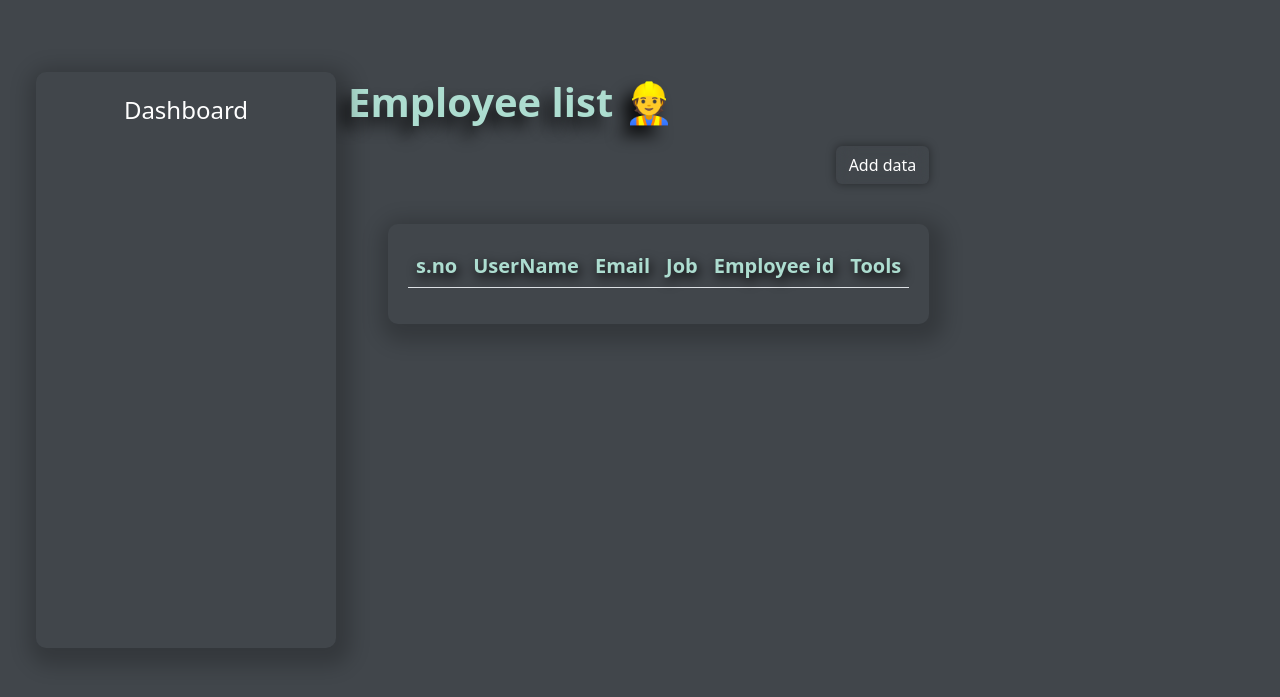
Repository: iamevs/Employee-Management-System
Page: /home (app in client/)
The author's editor kept a copy of each file at every save. The page is drawn from the files as they stood at one save, then again after the next save.
The browser window is 1280 px wide. The pictures show the whole page.
The page's requests for data from a server got no answer. The project was rebuilt for these pictures with package versions that can differ from the ones it lists, and the page was loaded fresh each time. No one was signed in, and anything a server would have sent is missing. Also part of the build but not shown: client/vite.config.js, client/src/components/Register.jsx, client/src/components/Edit.jsx, client/src/components/Hero.jsx. Imported but missing from the stored project, and not drawn on this page: client/src/components/Details.

Above is the page before, as saved 2022-11-29 01:48:20.

### client/index.html
<html lang="en">
  <head>
    <meta charset="UTF-8" />
    <link rel="icon" type="image/svg+xml" href="/vite.svg" />
    <meta name="viewport" content="width=device-width, initial-scale=1.0" />
    <title>employee-management</title>
  </head>
  <body>
    <div id="root"></div>
    <script type="module" src="/src/main.jsx"></script>
  </body>
</html>

### client/src/main.jsx
import React, { StrictMode } from 'react';
import ReactDOM from 'react-dom';
import { createRoot } from "react-dom/client";
import './index.css';
import App from './App';
import { BrowserRouter } from "react-router-dom"
import ContextProvider from "./components/context/ContextProvider";
// root.render(
//   <StrictMode>
//   <ContextProvider>
//     <BrowserRouter>
//       <App />
//     </BrowserRouter>
//   </ContextProvider>
//   </StrictMode>
//   ,
//   document.getElementById('root')
// );


createRoot(document.getElementById('root')).render(
  <ContextProvider>
    <BrowserRouter>
      <App />
    </BrowserRouter>
  </ContextProvider>
)

### client/src/index.css
@import url("https://fonts.googleapis.com/css2?family=DM+Sans:wght@400;500;700&family=IBM+Plex+Sans:wght@400;500;600&display=swap");

body {
  font-family: "IBM Plex Sans";
  margin: 0;
  -webkit-font-smoothing: antialiased;
  -moz-osx-font-smoothing: grayscale;
  background-color: #41464b !important;
  color: #fff !important;
}

.btns{
  display: flex;
  justify-content: space-between;
}

.btns > .tool, .tool{
  /* border: 1px solid #fff; */
  backdrop-filter: blur(10px);
  box-shadow: 0px 0px 9px 1px rgb(0 0 0 / 35%);
}

.form-control{
  background-color: #212529 !important;
  color: #C8DBBE !important;
  border: 1px solid #fff !important;
}

### client/src/App.jsx
import './App.css';
import "../node_modules/bootstrap/dist/css/bootstrap.min.css"
import "../node_modules/bootstrap/dist/js/bootstrap.bundle.min.js"
import Navbar from './components/Navbar';
import Home from './components/Home';
import Register from './components/Register';
import Edit from './components/Edit';
import Details from './components/Details';
import Hero from "./components/Hero.jsx";
import { Routes, Route } from "react-router-dom"
import { Stack } from '@mui/system';




function App() {
  return (
    <>
      <Stack direction={"row"}>
        <Navbar />
        <Routes>
          <Route path="/" element={<Hero />} />
          <Route path="/home" element={<Home />} />
          <Route exact path="/register" element={<Register />} />
          <Route exact path="/edit/:id" element={<Edit />} />
          <Route exact path="/view/:id" element={<Details />} />
        </Routes>
      </Stack>

    </>
  );
}

export default App;

### client/src/components/context/ContextProvider.jsx
import React, { createContext, useState } from 'react'


export const adddata = createContext("");
export const updatedata = createContext("");
export const deldata = createContext("");

const ContextProvider = ({ children }) => {

    const [udata, setUdata] = useState("");
    const [updata, setUPdata] = useState("");
    const [dltdata, setDLTdata] = useState("");


    return (
        <adddata.Provider value={{ udata, setUdata }}>
            <updatedata.Provider value={{ updata, setUPdata }}>
                <deldata.Provider value={{dltdata, setDLTdata}}>
                    {children}
                </deldata.Provider>

            </updatedata.Provider>

        </adddata.Provider>
    )
}

export default ContextProvider;

### client/src/App.css
.add_btn{
  text-align: right;
}

.container{
  overflow: auto;
}

.left_view h3{
  font-size: 21px;
}

.left_view p{
  font-weight: 600;
}

.left_view span{
  font-weight: 400;
}

.right_view p{
  font-weight: 600;
}


.right_view span{
  font-weight: 400;
}

### client/src/components/Navbar.jsx
import React from 'react'
import { NavLink } from 'react-router-dom'
import { Box, Stack } from "@mui/material";


const Navbar = () => {
    return (
        // <Stack justifyContent={"center"} direction={"row"} marginTop={"10px"}>
        //     <Box justifyContent={"space-between"} alignItems={"center"} className="navbar navbar-expand-lg text-white" sx={{
        //         backgroundColor: "transparent",
        //         backdropFilter: "blur(10px) !important",
        //         position: "relative",
        //         color: "white",
        //         boxShadow: "4px 7px 20px 11px rgb(0 0 0 / 20%)",
        //         height: "60px",
        //         padding: "0 40px 0 40px",
        //         width: "auto",
        //         borderRadius: "10px"
        //     }}>
        //         <Box sx={{
        //             fontSize: "1.5rem",
        //             color: "#ADDDD0",
        //             fontWeight: "600",
        //             textShadow: "-10px 10px 15px rgba(0, 0, 0, 0.8)",
        //             marginRight: "100px"
        //         }}>Employee management Dashboard</Box>
        //         <Box direction={"row"}>
        //             <a href="/home" style={{
        //                 fontSize: "1.5rem",
        //                 color: "#ADDDD0",
        //                 fontWeight: "600",
        //                 textShadow: "-10px 10px 15px rgba(0, 0, 0, 0.8)",
        //                 textDecoration: "none",
        //             }}>Home</a>
        //             <a href="/" style={{
        //                 fontSize: "1.5rem",
        //                 color: "#ADDDD0",
        //                 fontWeight: "600",
        //                 textShadow: "-10px 10px 15px rgba(0, 0, 0, 0.8)",
        //                 textDecoration: "none",
        //                 marginLeft: "20px"
        //             }}>Docs</a>

        //         </Box>
        //     </Box>
        // </Stack>
        <Stack direction={"column"} alignItems={"center"}  sx={{
            backgroundColor: "#41464b",
            backdropFilter: "blur(10px) !important",
            position: "relative",
            color: "white",
            boxShadow: "4px 7px 20px 11px rgb(0 0 0 / 20%)",
            height: "80vh",
            width: "300px",
            borderRadius: "10px",
            margin: "10vh 0 0 5vh"
        }}>
            <Box sx={{
                fontSize: "1.5rem",
                borderRadius: "10px",
                marginTop: "20px",
            }}>
                Dashboard
            </Box>
        </Stack>
    )
}

export default Navbar

### client/src/components/Home.jsx
import React, { useState, useEffect, useContext } from 'react'
import ReadMoreRoundedIcon from '@mui/icons-material/ReadMoreRounded';
import NoteAltOutlinedIcon from '@mui/icons-material/NoteAltOutlined';
import DeleteOutlineIcon from '@mui/icons-material/DeleteOutline';
import { NavLink } from 'react-router-dom';
import { adddata, deldata } from './context/ContextProvider';
import { updatedata } from './context/ContextProvider'
import ReactTooltip from 'react-tooltip';

var getuserlink = "http://localhost:8001/getusers";


const Home = () => {

    const [getuserdata, setUserdata] = useState([]);

    console.log(getuserdata);

    const { udata, setUdata } = useContext(adddata);

    const { updata, setUPdata } = useContext(updatedata);

    const { dltdata, setDLTdata } = useContext(deldata);

    const getdata = async () => {

        const res = await fetch(getuserlink, {
            method: "GET",
            headers: {
                "Content-Type": "application/json"
            }
        });

        const data = await res.json();
        console.log(data);

        if (res.status === 422 || !data) {
            console.log("error ");

        } else {
            setUserdata(data)
            console.log("get data");

        }
    }

    useEffect(() => {
        getdata();
    }, [])

    const deleteuser = async (id) => {

        const res2 = await fetch(`/deleteuser/${id}`, {
            method: "DELETE",
            headers: {
                "Content-Type": "application/json"
            }
        });

        const deletedata = await res2.json();
        console.log(deletedata);

        if (res2.status === 422 || !deletedata) {
            console.log("error");
        } else {
            console.log("user deleted");
            setDLTdata(deletedata)
            getdata();
        }

    }


    return (

        <>
            {
                udata ?
                    <>
                        <div className="alert alert-success alert-dismissible fade show" role="alert">
                            <strong>{udata.name}</strong>  added succesfully!
                            <button type="button" className="btn-close" data-bs-dismiss="alert" aria-label="Close"></button>
                        </div>
                    </> : ""
            }
            {
                updata ?
                    <>
                        <div className="alert alert-success alert-dismissible fade show" role="alert">
                            <strong>{updata.name}</strong>  updated succesfully!
                            <button type="button" className="btn-close" data-bs-dismiss="alert" aria-label="Close"></button>
                        </div>
                    </> : ""
            }

            {
                dltdata ?
                    <>
                        <div className="alert alert-danger alert-dismissible fade show" role="alert">
                            <strong>{dltdata.name}</strong>  deleted succesfully!
                            <button type="button" className="btn-close" data-bs-dismiss="alert" aria-label="Close"></button>
                        </div>
                    </> : ""
            }


            <div className="mt-5">
                <div className="container">

                    <h2 style={{
                        marginTop: "30px",
                        fontSize: "2.5rem",
                        color: "#ADDDD0",
                        fontWeight: "600",
                        marginBottom: "20px",
                        textShadow: "-10px 10px 15px rgba(0, 0, 0, 0.8)"
                    }}>Employee list <span style={{ fontSize: "40px" }}>👷</span> </h2>
                    <div className="add_btn mt-2 mb-2">
                        <NavLink to="/register" className="btn text-white tool" style={{marginRight: "40px"}}>Add data</NavLink>
                    </div>

                    <div className='table-responsive' style={{
                        backgroundColor: "transparent",
                        backdropFilter: "blur(10px) !important",
                        // position: "relative",
                        // color: "#ADDDD0",
                        boxShadow: "4px 7px 20px 11px rgb(0 0 0 / 20%)",
                        borderRadius: "10px",
                        padding: "20px",
                        height: "auto",
                        margin: "40px"
                    }}>
                        <table class="table">
                            <thead>
                                <tr className="table" style={{
                                    fontSize: "20px",
                                    color: "#ADDDD0",
                                    filter: "drop-shadow(2px 4px 6px black)",
                                }}>
                                    <th scope="col">s.no</th>
                                    <th scope="col">UserName</th>
                                    <th scope="col">Email</th>
                                    <th scope="col">Job</th>
                                    <th scope="col">Employee id</th>
                                    <th scope="col">Tools</th>
                                </tr>
                            </thead>
                            <tbody>

                                {
                                    getuserdata.map((val, ind) => {
                                        return (
                                            <tr className='text-white'>
                                                <th scope="row">{ind + 1}</th>
                                                <td>{val.name}</td>
                                                <td>{val.email}</td>
                                                <td>{val.work}</td>
                                                <td>{val.mobile}</td>
                                                <td className='btns'>
                                                    <NavLink to={`/view/${val._id}`} className="btn text-white tool" data-tip="More Details"><ReadMoreRoundedIcon /></NavLink>
                                                    <NavLink to={`/update/${val._id}`} className="btn text-white tool" data-tip="Edit Details"><NoteAltOutlinedIcon /></NavLink>
                                                    <button onClick={() => deleteuser(val._id)} className="btn text-white tool" data-tip="Fire Employee"><DeleteOutlineIcon /></button>
                                                    <ReactTooltip />
                                                </td>
                                            </tr>
                                        )
                                    })
                                }
                            </tbody>
                        </table>
                    </div>
                </div>
            </div>
        </>
    )
}

export default Home

After the next save:
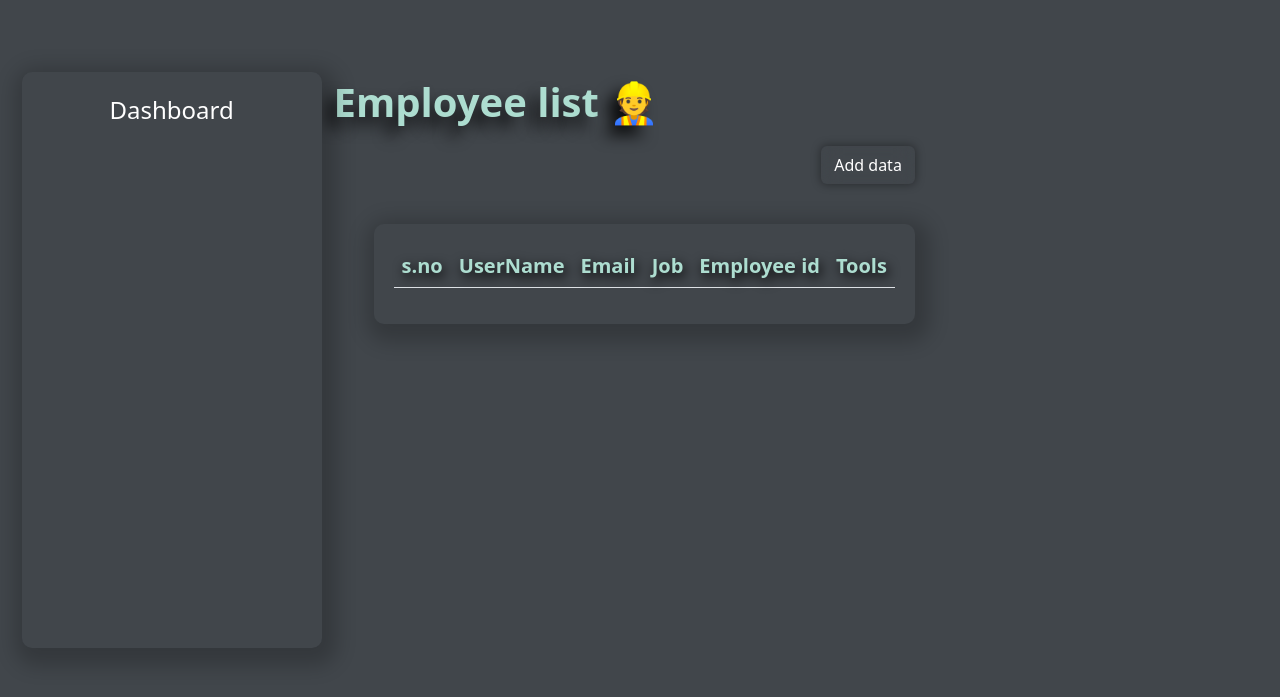
Saved 6 s later.
--- a/client/src/components/Navbar.jsx
+++ b/client/src/components/Navbar.jsx
@@ -53,7 +53,7 @@ const Navbar = () => {
             height: "80vh",
             width: "300px",
             borderRadius: "10px",
-            margin: "10vh 0 0 5vh"
+            margin: "10vh 0 0 3vh"
         }}>
             <Box sx={{
                 fontSize: "1.5rem",
